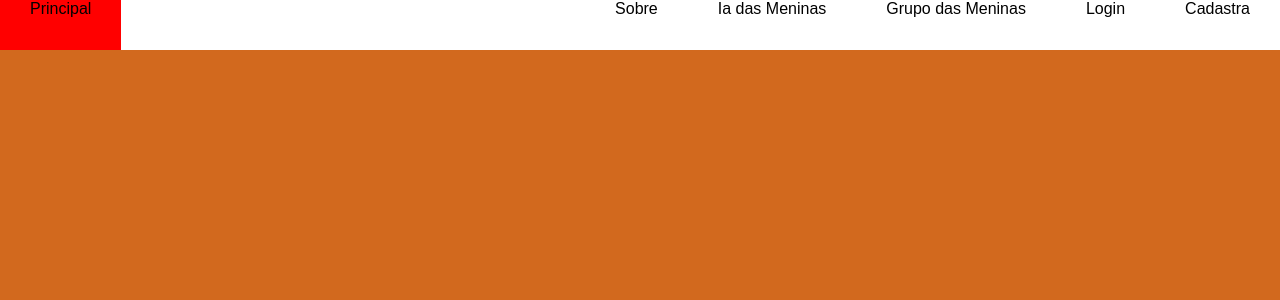
Repository: joaobatistafrontend/pref
Page: http://localhost/
The author's editor kept a copy of each file at every save. The page is drawn from the files as they stood at one save, then again after a run of saves.
The browser window is 1280 px wide. The pictures show the whole page.
The page is served by the project's application, run on Django 4.2 (manage.py).

Above is the page before, as saved 2024-07-26 15:02:15.

After the next 2 saves:
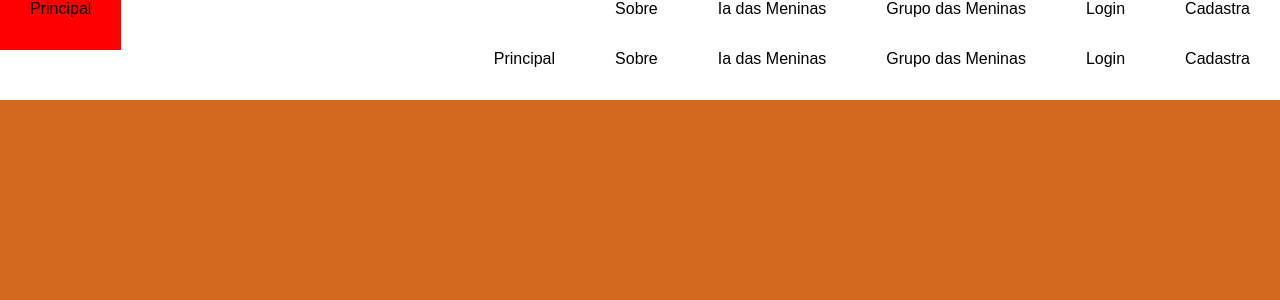
The 2 saves are shown as one change because they came seconds apart.
The last was saved 9 s later.
--- a/templates/index.html
+++ b/templates/index.html
@@ -19,6 +19,15 @@
                 <li><a href="">Cadastra</a></li>
                 <li class="menu-button"><a href=""><img src="{% static 'img/burger-menu-svgrepo-com.svg' %}" alt=""></a></li>
             </ul>
+            <ul>
+                <li class="menu-button"><a href=""><img src="{% static 'img/burger-menu-svgrepo-com.svg' %}" alt=""></a></li>
+                <li><a href="">Principal</a></li>
+                <li><a href="">Sobre</a></li>
+                <li><a href="">Ia das Meninas</a></li>
+                <li><a href="">Grupo das Meninas</a></li>
+                <li><a href="">Login</a></li>
+                <li><a href="">Cadastra</a></li>
+            </ul>
 
 
         </nav>
